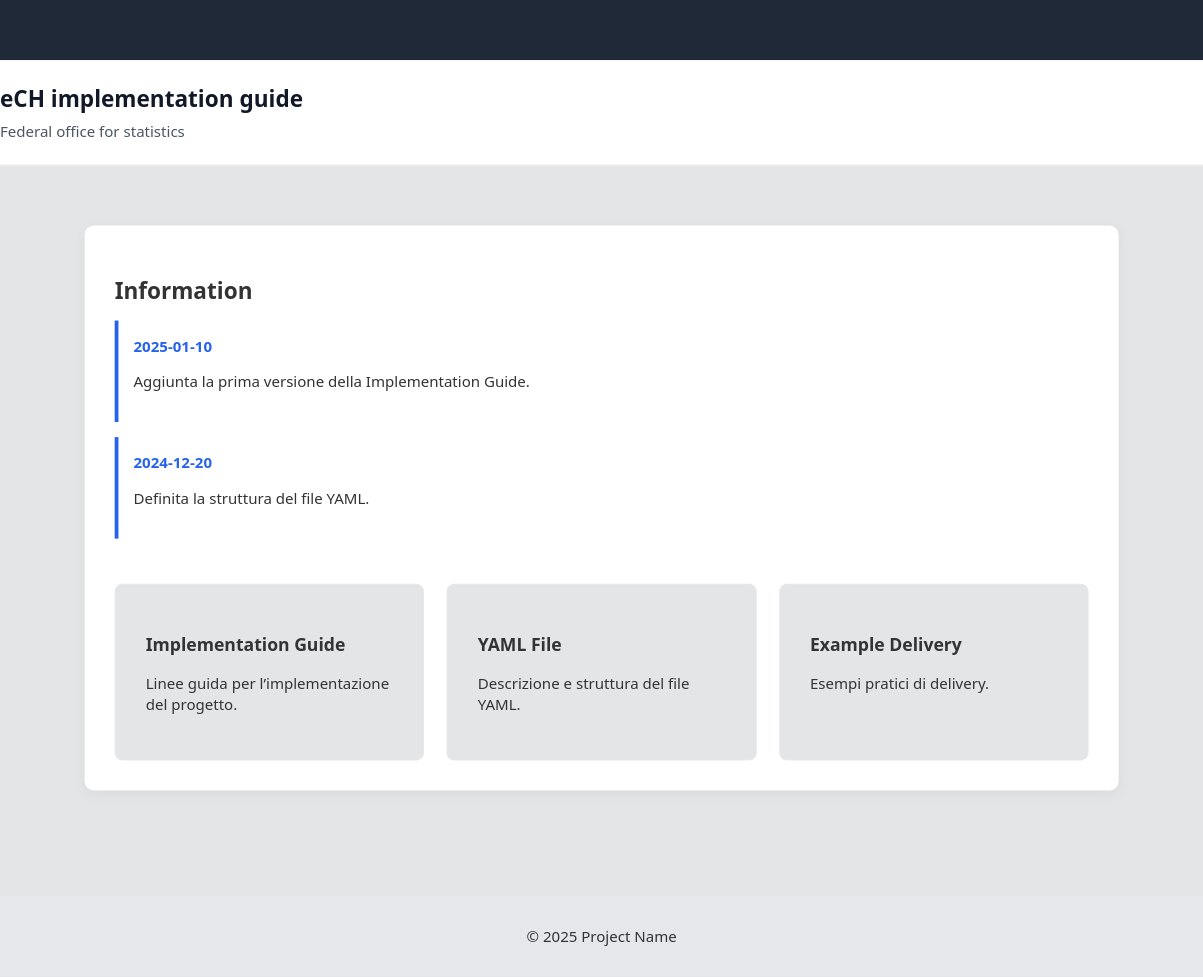
Repository: bfspoku/ech-0252-docs
Page: index.html
These files come from the project's save history. The page is drawn as it stood at one moment and after the next save; the edit follows.
The browser window is 1280 px wide. The pictures show the whole page, at 94% of full size.

Above is the page before, as saved 2025-12-16 15:37:55.

### index.html
<link rel="preconnect" href="https://fonts.googleapis.com">
<link rel="preconnect" href="https://fonts.gstatic.com" crossorigin>
<link href="https://fonts.googleapis.com/css2?family=Noto+Sans:ital,wght@0,400;0,600;0,700;1,400&display=swap" rel="stylesheet">


<!DOCTYPE html>
<html lang="it">
<head>
  <meta charset="UTF-8">
  <title>eCH implementation guide</title>
  <link rel="stylesheet" href="css/style.css">
</head>
<body>

<header>

</header>

<section class="sub-banner">
      <h2>eCH implementation guide</h2>
      <p>Federal office for statistics</p>
</section>


<main>

<section class = "wrapper">
  <!-- INFORMATION -->
  <section class="information">
    <h2>Information</h2>

    <ul class="updates">
      <li>
        <span class="date">2025-01-10</span>
        <p>Aggiunta la prima versione della Implementation Guide.</p>
      </li>
      <li>
        <span class="date">2024-12-20</span>
        <p>Definita la struttura del file YAML.</p>
      </li>
    </ul>
  </section>

  <!-- CARDS -->
  <section class="cards">
    <a class="card" href="implementation-guide.html">
      <h3>Implementation Guide</h3>
      <p>Linee guida per l’implementazione del progetto.</p>
    </a>

    <a class="card" href="yaml-file.html">
      <h3>YAML File</h3>
      <p>Descrizione e struttura del file YAML.</p>
    </a>

    <a class="card" href="example-delivery.html">
      <h3>Example Delivery</h3>
      <p>Esempi pratici di delivery.</p>
    </a>
  </section>

</section>

</main>

<footer>
  <p>© 2025 Project Name</p>
</footer>

</body>
</html>

### css/style.css
body {
    font-family: 'Noto Sans', system-ui, -apple-system, BlinkMacSystemFont,
    'Segoe UI', Roboto, Ubuntu, Cantarell, 'Helvetica Neue',
    Arial, sans-serif;
    margin: 0;
    background: #e4e5e7;
    color: #333;
  }

  header {
    background: #1f2937;
    color: white;
    padding: 2rem;
  }

  /* SUB-BANNER */
  .sub-banner {
    background-color: white;   /* bianco puro */
    padding: 1.5rem 0;         /* verticale */
    border-bottom: 1px solid #e5e7eb; /* linea di separazione */
  }

  .sub-banner h2 {
    margin: 0 0 0.5rem 0;
    font-weight: 600;
    color: #111827;
  }

  .sub-banner p {
    margin: 0;
    color: #4b5563;
    font-size: 16px;
  }

  main {
    padding: 2rem;
    max-width: 1100px;
    margin: auto;
  }

  h1, h2 {
    margin-bottom: 1rem;
  }

  /* Main wrapper for all the pages */
  .wrapper {
    max-width: 1100px;      /* larghezza massima */
    margin: 2rem auto;      /* centrato orizzontalmente, margine verticale */
    padding: 2rem;          /* spazio interno */
    background-color: #ffffff;  /* bianco-beige chiaro */
    border-radius: 10px;    /* angoli arrotondati */
    box-shadow: 0 4px 15px rgba(0,0,0,0.05); /* leggero effetto profondità */
  }

  /* INFORMATION */
  .information {
    margin-bottom: 3rem;
  }

  .updates {
    list-style: none;
    padding: 0;
  }

  .updates li {
    background: white;
    padding: 1rem;
    border-left: 4px solid #2563eb;
    margin-bottom: 1rem;
  }

  .date {
    font-weight: bold;
    color: #2563eb;
  }

  /* CARDS */
  .cards {
    display: grid;
    grid-template-columns: repeat(auto-fit, minmax(250px, 1fr));
    gap: 1.5rem;
  }

  .card {
    background: #e4e5e7;
    padding: 2rem;
    text-decoration: none;
    color: inherit;
    border: 1px solid #e5e7eb;
    border-radius: 8px;
    transition: transform 0.2s, box-shadow 0.2s;
  }

  .card:hover {
    transform: translateY(-5px);
    box-shadow: 0 10px 20px rgba(0,0,0,0.1);
  }

  footer {
    text-align: center;
    padding: 1rem;
    background: #e5e7eb;
    margin-top: 3rem;
  }

After the next save:
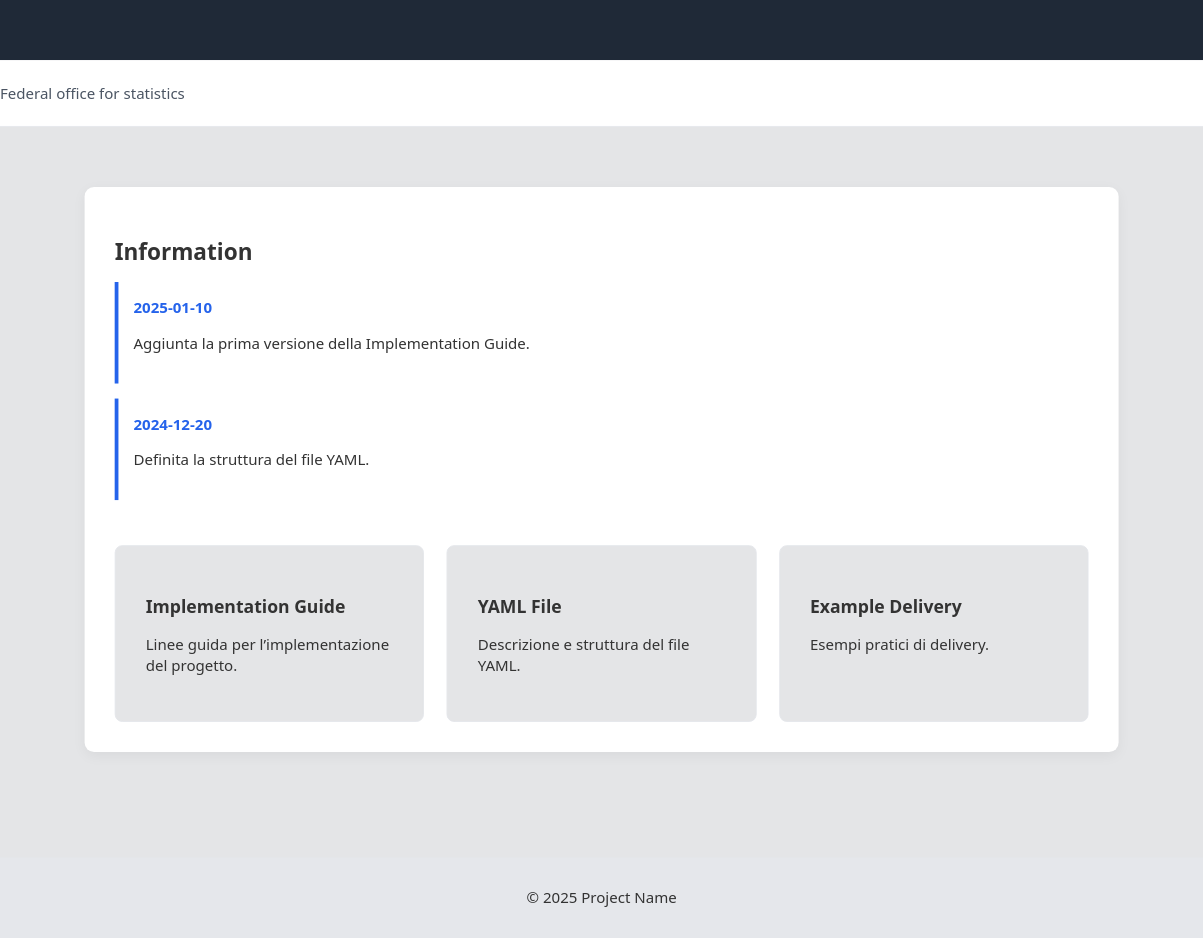
Saved 23 s later.
--- a/index.html
+++ b/index.html
@@ -17,7 +17,6 @@
 </header>
 
 <section class="sub-banner">
-      <h2>eCH implementation guide</h2>
       <p>Federal office for statistics</p>
 </section>
 
